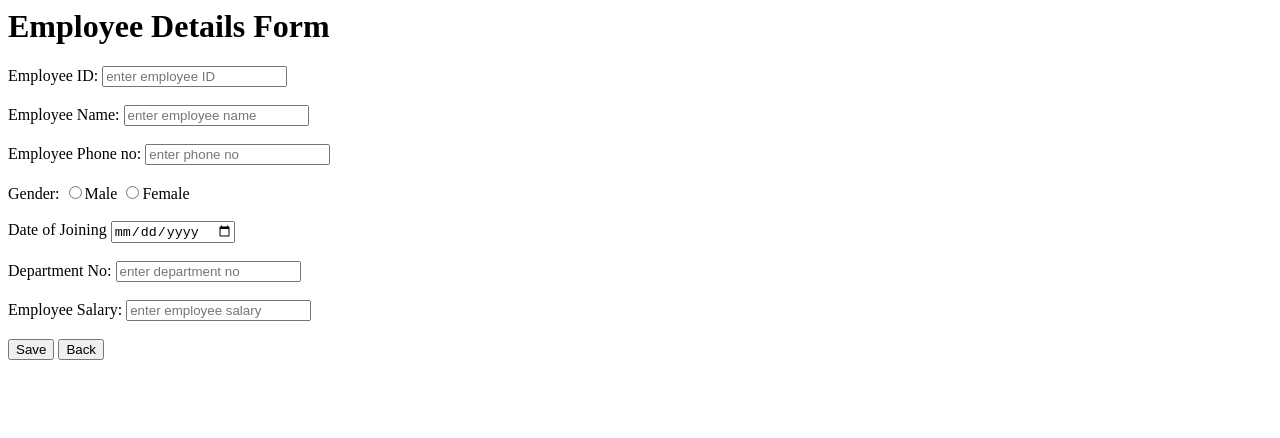
Repository: projects-collab/SpringBoot
Page: http://localhost/employee
The author's editor kept a copy of each file at every save. The page is drawn from the files as they stood at one save, then again after the next save.
The browser window is 1280 px wide. The pictures show the whole page.
The page is this project's Thymeleaf template; nobody is signed in. The template is opened directly, without the code that normally fills it, so the values that code supplies are empty.

Above is the page before, as saved 2024-12-22 12:23:53.

### Springbootemployeeproject/src/main/resources/templates/employee.html
<html>
	<head>
		<title>Employee form</title>
	</head>
	<body>
		<h1>Employee Details Form</h1>
		<form th:action="@{/submit}" method="post">
			<label>Employee ID: </label>
			<input type="number" name="id" placeholder="enter employee ID" required>
			<br><br>

			<label> Employee Name: </label>
			<input type="text" name="name" placeholder="enter employee name" required>
		    <br><br>

			<label>Employee Phone no: </label>
			<input type="number" name="phoneno" placeholder="enter phone no" required>
			<br><br>

			<label> Gender: </label>
			<input type="radio" name="gender" value="Male">Male
			<input type="radio" name="gender" value="Female">Female
			<br><br>

			<label>Date of Joining </label>
			<input type="date" name="doj" required>
			<br><br>

			<label>Department No:</label>
			<input type="number" name="deptno" placeholder="enter department no" required>
			<br><br>

			<label>Employee Salary: </label>
		    <input type="number" name="salary" placeholder="enter employee salary" required>
			<br><br>

			<input type="submit" value="Save">
			<input type="reset" value="Back">

		</form>
	</body>
</html>

After the next save:
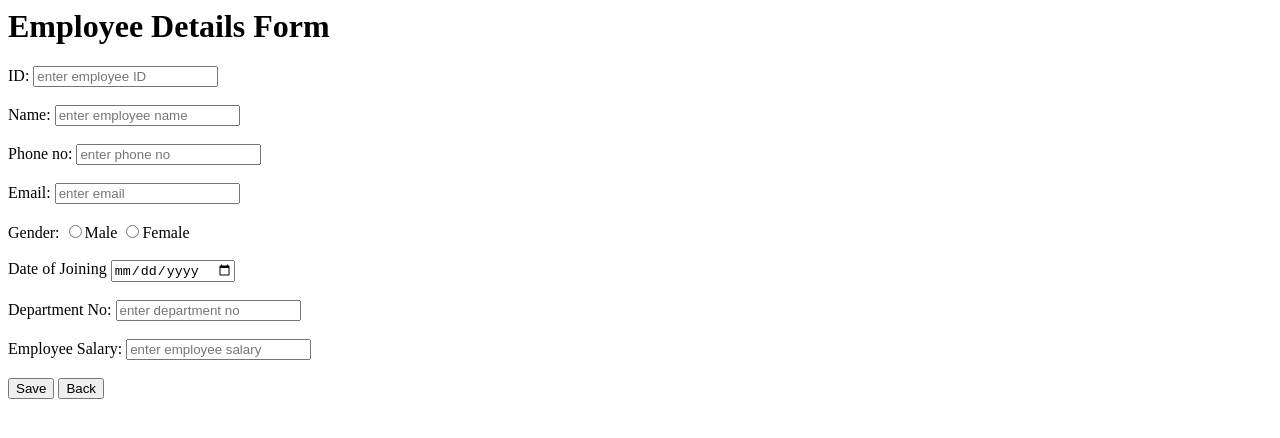
Saved 116 s later.
--- a/Springbootemployeeproject/src/main/resources/templates/employee.html
+++ b/Springbootemployeeproject/src/main/resources/templates/employee.html
@@ -5,17 +5,21 @@
 	<body>
 		<h1>Employee Details Form</h1>
 		<form th:action="@{/submit}" method="post">
-			<label>Employee ID: </label>
+			<label> ID: </label>
 			<input type="number" name="id" placeholder="enter employee ID" required>
 			<br><br>
 
-			<label> Employee Name: </label>
+			<label>  Name: </label>
 			<input type="text" name="name" placeholder="enter employee name" required>
 		    <br><br>
 
-			<label>Employee Phone no: </label>
+			<label> Phone no: </label>
 			<input type="number" name="phoneno" placeholder="enter phone no" required>
 			<br><br>
+
+			<label> Email: </label>
+		    <input type="email" name="email" placeholder="enter email" required>
+						<br><br>
 
 			<label> Gender: </label>
 			<input type="radio" name="gender" value="Male">Male
